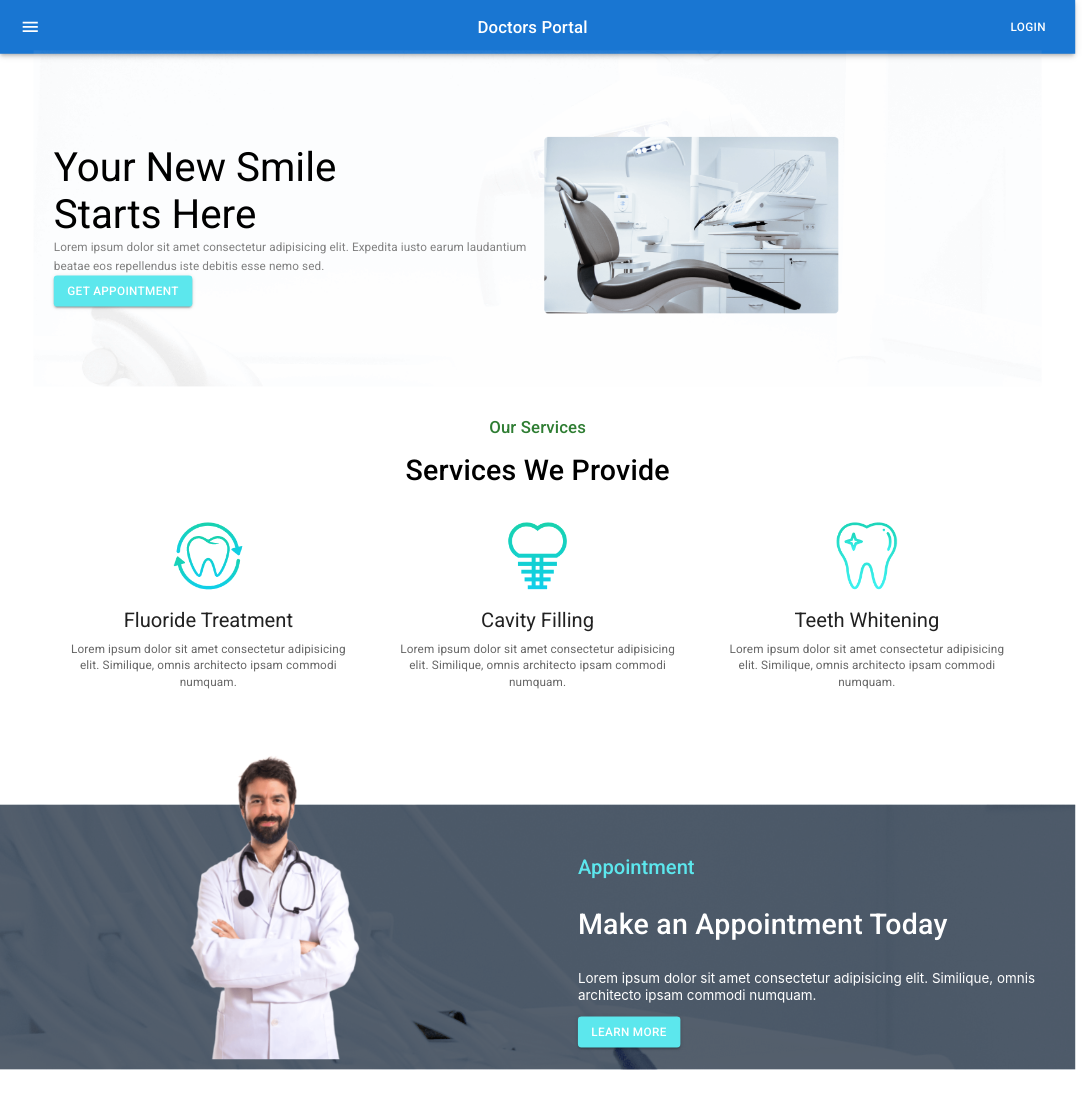
Repository: Sharif-00112/doctors-portal-client
Page: /
An editor plug-in stored every save of this project. The page is shown before and after the next save, followed by the edit.
The browser window is 1280 px wide. The page is 1288 px wide, so the pictures cover 1288 px, including what lies to the right of the window. The pictures show the whole page, at 84% of full size.
The project was rebuilt for these pictures with package versions that can differ from the ones it lists, and the page was loaded fresh each time.

Above is the page before, as saved 2022-11-01 22:42:43.

### public/index.html
<!DOCTYPE html>
<html lang="en">
  <head>
    <meta charset="utf-8" />
    <link rel="icon" href="%PUBLIC_URL%/favicon.ico" />
    <meta name="viewport" content="width=device-width, initial-scale=1" />
    <meta name="theme-color" content="#000000" />
    <meta
      name="description"
      content="Web site created using create-react-app"
    />
    <link
      rel="stylesheet" href="https://fonts.googleapis.com/css?family=Roboto:300,400,500,700&display=swap"
    />

    <link rel="apple-touch-icon" href="%PUBLIC_URL%/logo192.png" />
    <!--
      manifest.json provides metadata used when your web app is installed on a
      user's mobile device or desktop. See https://developers.google.com/web/fundamentals/web-app-manifest/
    -->
    <link rel="manifest" href="%PUBLIC_URL%/manifest.json" />
    <!--
      Notice the use of %PUBLIC_URL% in the tags above.
      It will be replaced with the URL of the `public` folder during the build.
      Only files inside the `public` folder can be referenced from the HTML.

      Unlike "/favicon.ico" or "favicon.ico", "%PUBLIC_URL%/favicon.ico" will
      work correctly both with client-side routing and a non-root public URL.
      Learn how to configure a non-root public URL by running `npm run build`.
    -->
    <title>React App</title>
  </head>
  <body>
    <noscript>You need to enable JavaScript to run this app.</noscript>
    <div id="root"></div>
    <!--
      This HTML file is a template.
      If you open it directly in the browser, you will see an empty page.

      You can add webfonts, meta tags, or analytics to this file.
      The build step will place the bundled scripts into the <body> tag.

      To begin the development, run `npm start` or `yarn start`.
      To create a production bundle, use `npm run build` or `yarn build`.
    -->
  </body>
</html>

### src/App.js
import './App.css';
import { BrowserRouter as Router, Route, Routes} from 'react-router-dom';
import Home from './Pages/Home/Home/Home';

function App() {
  return (
    <div className="App">
      <Router>
        {/* <Header></Header> */}
        <Routes>
          <Route exact path = '/' element={<Home/>}/>
          <Route exact path = '/home' element={<Home/>}/>
          <Route exact path = '*' element={<Home/>}/>
        </Routes>
        {/* <Footer></Footer> */}
      </Router>
    </div>
  );
}

export default App;

### src/Pages/Home/Home/Home.js
import React from 'react';
import Navigation from '../../Shared/Navigation/Navigation';
import AppointmentBanner from '../AppointmentBanner/AppointmentBanner';
import Banner from '../Banner/Banner';
import Services from '../Services/Services';

const Home = () => {
    return (
        <div>
            {/* <h2>This is Home</h2> */}
            <Navigation></Navigation>
            <Banner></Banner>
            <Services></Services>
            <AppointmentBanner></AppointmentBanner>
        </div>
    );
};

export default Home;

### src/Pages/Shared/Navigation/Navigation.js
import React from 'react';
import AppBar from '@mui/material/AppBar';
import Box from '@mui/material/Box';
import Toolbar from '@mui/material/Toolbar';
import Typography from '@mui/material/Typography';
import Button from '@mui/material/Button';
import IconButton from '@mui/material/IconButton';
import MenuIcon from '@mui/icons-material/Menu';

const Navigation = () => {
    return (
        <div>
            <Box sx={{ flexGrow: 1, pb:1.5 }}>
                <AppBar position="static">
                    <Toolbar>
                        <IconButton
                            size="large"
                            edge="start"
                            color="inherit"
                            aria-label="menu"
                            sx={{ mr: 2 }}
                        >
                            <MenuIcon />
                        </IconButton>
                        <Typography variant="h6" component="div" sx={{ flexGrow: 1 }}>
                            Doctors Portal
                        </Typography>
                        <Button color="inherit">Login</Button>
                    </Toolbar>
                </AppBar>
            </Box>
        </div>
    );
};

export default Navigation;

### src/Pages/Home/AppointmentBanner/AppointmentBanner.js
import React from 'react';
import Box from '@mui/material/Box';
import Grid from '@mui/material/Unstable_Grid2';
import Typography from '@mui/material/Typography';

import doctor from '../../../images/images/doctor.png'
import bg from '../../../images/images/appointment-bg.png'
import { Button } from '@mui/material';

const appointmentBanner = {
    background: `url(${bg})`,
    marginTop: 100,
    backgroundColor: 'rgba(45, 58, 74, 0.8)',
    backgroundBlendMode: 'darken, luminosity'
}

const AppointmentBanner = () => {
    return (
        <div>
            <Box style={appointmentBanner} sx={{ flexGrow: 1, mb:5 }}>
                <Grid container spacing={2}>
                    <Grid xs={12} md={6}>
                        <img
                           style={{width: 400, marginTop: '-105px' }}
                        src={doctor} alt="" />
                    </Grid>

                    <Grid xs={12} md={6} sx={{
                        display: 'flex',
                        justifyContent: 'flex-start',
                        textAlign: 'left',
                        alignItems: 'center'
                        }}>
                        <Box sx={{pl: 5}}>
                            <Typography sx={{ mb: 2, mt: 4, fontWeight: 500 }} style={{color: '#5CE7ED'}} variant="h5" component="div">
                                Appointment
                            </Typography>
                            <Typography sx={{ mb: 2, mt: 4, fontWeight: 500 }} style={{color: 'white'}} variant="h4" component="div">
                                Make an Appointment Today
                            </Typography>
                            <Typography sx={{ mb: 2, mt: 4 }} style={{color: 'white'}} variant="" component="div">
                                Lorem ipsum dolor sit amet consectetur adipisicing elit. Similique, omnis architecto ipsam commodi numquam.
                            </Typography>
                            <Button variant="contained" style={{backgroundColor: '#5CE7ED'}}>Learn More</Button>
                        </Box>
                    </Grid>
                </Grid>
            </Box>
        </div>
    );
};

export default AppointmentBanner;

### src/Pages/Home/Banner/Banner.js
import React from 'react';
import Grid from '@mui/material/Grid';
import Typography from '@mui/material/Typography';
import { Box, Button, Container } from '@mui/material';

import chair from '../../../images/images/chair.png'
import bnBg from '../../../images/images/bg.png'

const bannerBg = {
    background: `url(${bnBg})`
}

const verticalCenter = {
    display: 'flex',
    alignItems: 'center',
    height: 400
}

const Banner = () => {
    return (
        <div>
            <Container style={bannerBg} sx={{ flexGrow: 1 }}>
                <Grid container spacing={2}>
                    <Grid item style={{ ...verticalCenter, textAlign: 'left'}} xs={12} md={6}>
                        <Box>
                            <Typography sx={{ }} style={{color: 'black'}} variant="h3" component="div">
                                Your New Smile <br />
                                Starts Here
                            </Typography>
                            <Typography sx={{ fontSize: 14, fontWeight: 400, color: 'gray'}} variant="h6" component="div">
                                Lorem ipsum dolor sit amet consectetur adipisicing elit. Expedita iusto earum laudantium beatae eos repellendus iste debitis esse nemo sed.
                            </Typography>
                            <Button variant="contained" style={{backgroundColor: '#5CE7ED'}}>Get Appointment</Button>
                        </Box>
                    </Grid>
                    <Grid item xs={12} md={6} style={verticalCenter}>
                        <img style={{ width: '350px'}} src={chair} alt="" />
                    </Grid>
                </Grid>
            </Container>
        </div>
    );
};

export default Banner;

### src/Pages/Home/Services/Services.js
import React from 'react';
import Box from '@mui/material/Box';
import Grid from '@mui/material/Unstable_Grid2';
import Typography from '@mui/material/Typography';
import { Container } from '@mui/material';
import Service from '../Service/Service';

import fluoride from '../../../images/images/fluoride.png';
import cavity from '../../../images/images/cavity.png'
import whitening from '../../../images/images/whitening.png'

const services = [
    {
        name: 'Fluoride Treatment',
        description: 'Lorem ipsum dolor sit amet consectetur adipisicing elit. Similique, omnis architecto ipsam commodi numquam.',
        img: fluoride
    },
    {
        name: 'Cavity Filling',
        description: 'Lorem ipsum dolor sit amet consectetur adipisicing elit. Similique, omnis architecto ipsam commodi numquam.',
        img: cavity
    },
    {
        name: 'Teeth Whitening',
        description: 'Lorem ipsum dolor sit amet consectetur adipisicing elit. Similique, omnis architecto ipsam commodi numquam.',
        img: whitening
    }
]

const Services = () => {
    return (
        <div>
            <Box sx={{ flexGrow: 1 }}>
                <Container>
                    <Typography sx={{ mb: 2, mt: 4, fontWeight: 500, color: 'success.main' }} variant="h6" component="div">
                        Our Services
                    </Typography>
                    <Typography sx={{ mb: 3, fontWeight: 500 }} variant="h4" component="div">
                        Services We Provide
                    </Typography>

                    <Grid container spacing={{ xs: 2, md: 3 }} columns={{ xs: 4, sm: 8, md: 12 }}>
                        {
                            services.map(service => (
                                <Grid xs={2} sm={4} md={4} key={service.name}>
                                <Service
                                    key = {service.name}
                                    service = {service}
                                ></Service>
                            </Grid>
                            ))
                        }
                    </Grid>
                </Container>
            </Box>
        </div>
    );
};

export default Services;

### src/Pages/Home/Service/Service.js
import React from 'react';
import Card from '@mui/material/Card';
// import CardActions from '@mui/material/CardActions';
import CardContent from '@mui/material/CardContent';
// import Button from '@mui/material/Button';
import Typography from '@mui/material/Typography';
import CardMedia from '@mui/material/CardMedia';

const Service = (props) => {
    const {name, description, img} = props.service
    return (
        <div>
            <Card sx={{ minWidth: 275, border: 0, boxShadow: 0, mt: 1.5 }}>
                <CardMedia
                    component="img"
                    style={{width: 'auto', height: '80px', margin: '4px auto'}}
                    image={img}
                    alt={name}
                />
                <CardContent>
                    <Typography sx={{ mb: 1 }} variant="h5" component="div">
                        {name}
                    </Typography>
                    <Typography sx={{ mb: 1.5 }} variant="body2" color="text.secondary">
                        {description}
                    </Typography>
                </CardContent>
                {/* <CardActions>
                    <Button size="small">Learn More</Button>
                </CardActions> */}
            </Card>
        </div>
    );
};

export default Service;

Loaded but not shown: src/index.js (common file); src/index.css (common file); src/reportWebVitals.js (common file); src/App.css (common file)

After the next save:
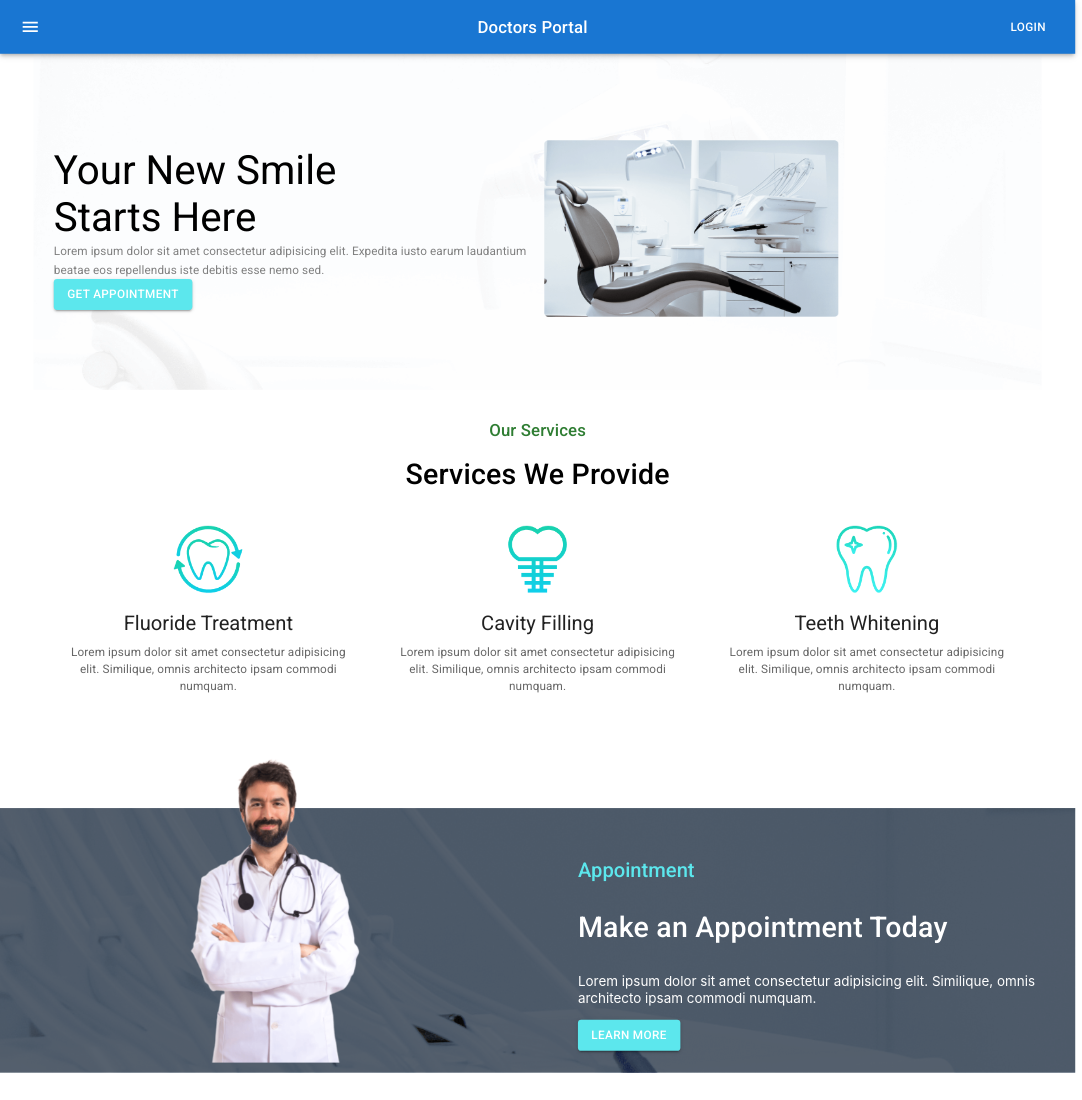
Saved 6 s later.
--- a/src/Pages/Shared/Navigation/Navigation.js
+++ b/src/Pages/Shared/Navigation/Navigation.js
@@ -10,7 +10,7 @@ import MenuIcon from '@mui/icons-material/Menu';
 const Navigation = () => {
     return (
         <div>
-            <Box sx={{ flexGrow: 1, pb:1.5 }}>
+            <Box sx={{ flexGrow: 1, pb:2 }}>
                 <AppBar position="static">
                     <Toolbar>
                         <IconButton
